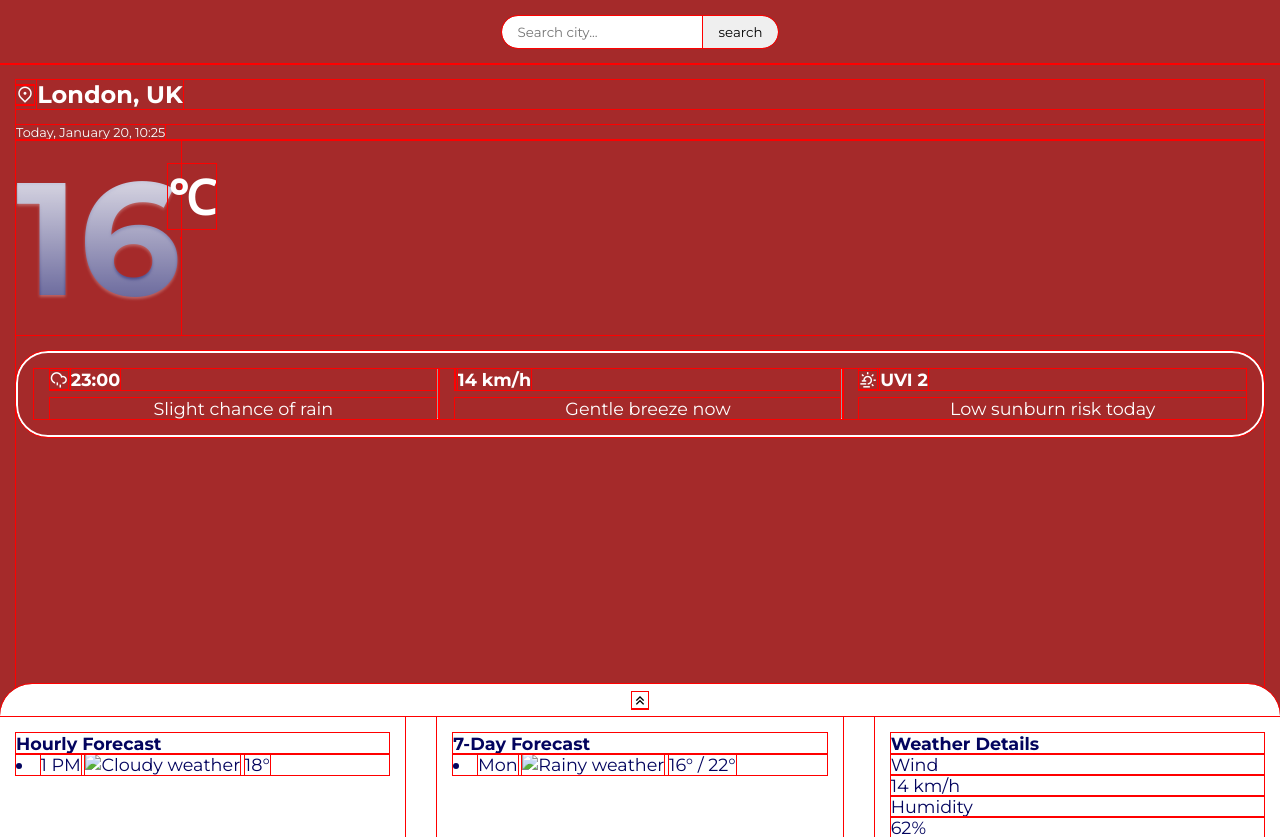
Repository: EguJaredoBoyd/Jared-Weather-App
Page: main.html
The author's editor kept a copy of each file at every save. The page is drawn from the files as they stood at one save, then again after the next save.
The browser window is 1280 px wide. The pictures show the whole page.
Some icons come from a web library that is not loaded, so they are not drawn. Some web libraries are served in a nearby version.

Above is the page before, as saved 2026-02-04 15:24:47.

### main.html
<!doctype html>
<html lang="en">
  <head>
    <meta charset="UTF-8" />
    <meta name="viewport" content="width=device-width, initial-scale=1.0" />
    <link rel="preconnect" href="https://fonts.googleapis.com" />
    <link rel="preconnect" href="https://fonts.gstatic.com" crossorigin />
    <link
      href="https://fonts.googleapis.com/css2?family=Montserrat:ital,wght@0,100..900;1,100..900&display=swap"
      rel="stylesheet"
    />
    <link
      href="https://cdn.jsdelivr.net/npm/remixicon@4.8.0/fonts/remixicon.css"
      rel="stylesheet"
    />
    <link rel="stylesheet" href="./css/styles.css" />
    <script src="./js/main.js" defer></script>
    <script src="./js/weather.js" defer></script>
    <title>Jared-Weather-App</title>
  </head>
  <body class="weather-app">
    <div class="weather-app__container">
      <header>
        <div class="search-place">
          <input
            type="text"
            placeholder="Search city..."
            aria-label="Search city"
            id="search-input"
          />
          <button id="search-button">search</button>
        </div>
      </header>
      <main>
        <section class="current-weather">
          <div class="place-searched">
            <i class="ri-map-pin-2-line"></i>
            <h3 class="city-name">London, UK</h3>
          </div>
          <div class="date-today">
            <time datetime="2026-01-20T10:25">Today, January 20, 10:25</time>
          </div>
          <div class="place-temperature">
            <span class="place-temperature__measure"><h3>16</h3></span>
            <span class="place-temperature__degree"><h3>℃</h3></span>
          </div>
          <div class="place-forecast">
            <article class="forecast-item forecast-item--weather">
              <div>
                <span><i class="ri-drizzle-line"></i></span>
                <time datetime="23:00"> <h4>23:00</h4></time>
              </div>
              <p>Slight chance of rain</p>
            </article>
            <hr />

            <article class="forecast-item forecast-item--wind">
              <div>
                <span><i class="ri-arrow-right-up-long-line"></i></span>
                <h4>14 km/h</h4>
              </div>
              <p>Gentle breeze now</p>
            </article>
            <hr />

            <article class="forecast-item forecast-item--uv">
              <div>
                <span><i class="ri-sun-foggy-line"></i></span>
                <h4>UVI 2</h4>
              </div>
              <p>Low sunburn risk today</p>
            </article>
          </div>
        </section>
        <section class="swipe-section" aria-hidden="true" id="swipe-section">
          <!-- Slide for the hourly and daily forecast -->
          <button class="sheet-handle" id="sheet-handle" aria-expanded="false">
            <i class="ri-arrow-up-double-line" id="icon-handle"></i>
          </button>

          <div class="swipe-forecast">
            <!-- Hourly Forecast -->
            <article class="sheet-card hourly-forecast">
              <h4>Hourly Forecast</h4>

              <ul class="hourly-list">
                <li class="hour">
                  <time datetime="2026-01-27T13:00">1 PM</time>
                  <img src="" alt="Cloudy weather" />
                  <span class="temp">18°</span>
                </li>
              </ul>
            </article>

            <!-- 7-Day Forecast -->
            <article class="sheet-card daily-forecast">
              <h4>7-Day Forecast</h4>

              <ul class="daily-list">
                <li class="day">
                  <span class="day-name">Mon</span>
                  <img src="" alt="Rainy weather" />
                  <span class="temp-range">16° / 22°</span>
                </li>
              </ul>
            </article>

            <!-- Weather Metrics -->
            <article class="sheet-card weather-metrics">
              <h4>Weather Details</h4>

              <dl class="metrics-grid">
                <div class="metric">
                  <dt>Wind</dt>
                  <dd>14 km/h</dd>
                </div>

                <div class="metric">
                  <dt>Humidity</dt>
                  <dd>62%</dd>
                </div>

                <div class="metric">
                  <dt>Pressure</dt>
                  <dd>1013 hPa</dd>
                </div>
              </dl>
            </article>

            <!-- Sun Times -->
            <article class="sheet-card sun-times">
              <h4>Sun</h4>

              <dl class="sun-grid">
                <div>
                  <dt>Sunrise</dt>
                  <dd>
                    <time datetime="2026-01-27T06:34">6:34 AM</time>
                  </dd>
                </div>

                <div>
                  <dt>Sunset</dt>
                  <dd>
                    <time datetime="2026-01-27T18:52">6:52 PM</time>
                  </dd>
                </div>
              </dl>
            </article>
          </div>
        </section>
      </main>
      <footer>
        <div><p>&copy; 2026 Jared-Weather-App</p></div>
      </footer>
    </div>
  </body>
</html>

### css/styles.css
/* ==== CSS RESET ==== */
*,
*::before,
*::after {
  margin: 0;
  padding: 0;
  box-sizing: border-box;
  outline: 1px solid red;
}

:root {
  --background-color: #03045e;
  --text-color: white;
  --font: "Montserrat", sans-serif;
}

html {
  font-size: 16px;
  height: 100%;
}

body {
  background-color: var(--background-color);
  color: var(--text-color);
  height: 100%;
  font-family: var(--font);
}

h1,
h2,
h3,
h4,
h5,
h6 {
  font-size: clamp(0.5rem, 3vw, 1.1rem);
}

p {
  font-size: clamp(0.5rem, 2.5vw, 1.1rem);
}

.weather-app__container {
  display: flex;
  flex-direction: column;
  min-height: 100dvh;
  background-color: brown;
}

.search-place {
  display: flex;
  justify-content: center;
  padding: 1rem;
}

.search-place input {
  padding: 0.5rem 1rem;
  border: none;
  border-bottom-left-radius: 1rem;
  border-top-left-radius: 1rem;
  font-family: var(--font);
}

.search-place button {
  border: none;
  border-top-right-radius: 1rem;
  border-bottom-right-radius: 1rem;
  padding: 0.5rem 1rem;
  font-family: var(--font);
}

main {
  display: flex;
  flex-direction: column;
  padding: 1rem;
}

.current-weather {
  display: flex;
  flex-direction: column;
  row-gap: 1rem;
  min-height: 100dvh;
}

.place-searched {
  display: flex;
  align-items: center;
  column-gap: 0.2rem;
  font-size: large;
}

.city-name {
  font-size: clamp(0.5rem, 6vw, 1.5rem);
}

.date-today {
  font-size: clamp(0.5rem, 3vw, 0.8rem);
}

.place-temperature {
  display: flex;
  align-items: center;
  position: relative;
  margin-top: -1rem;
}

.place-temperature__measure h3 {
  font-size: clamp(5rem, 38vw, 10rem);
  background: linear-gradient(to bottom, white, var(--background-color));
  -webkit-background-clip: text;
  background-clip: text;
  -webkit-text-fill-color: transparent;
  text-shadow: 0 2px 3px rgba(243, 235, 235, 0.3);
}

.place-temperature__degree h3 {
  font-size: clamp(1.5rem, 20vw, 3rem);
  position: absolute;
  top: 1.5rem;
  left: clamp(4rem, 40vw, 9.5rem);
}

.place-forecast {
  display: flex;
  justify-content: center;
  border: 2px solid white;
  border-radius: 2rem;
  padding: 1rem;
}

.forecast-item {
  padding-left: 1rem;
  width: 100%;
  max-width: 100%;
}

.forecast-item div {
  display: flex;
  column-gap: 0.2rem;
  margin-bottom: 0.5rem;
  font-size: clamp(0.5rem, 3vw, 1.1rem);
}

.forecast-item p {
  font-size: clamp(0.5rem, 2.5vw, 1.1rem);
  text-align: center;
}

/* Swipe section styles */

.swipe-section {
  position: fixed;
  min-height: 100dvh;
  top: 95%;
  right: 0;
  left: 0;
  transition: transform 2s ease;
  background-color: var(--text-color);
  color: var(--background-color);
  border-radius: 2rem;
}

.swipe-section.is-open {
  transform: translateY(-80%);
}

.no-scroll {
  overflow: hidden;
}

.swipe-section button {
  margin: 0.5rem auto;
  display: flex;
  justify-self: center;
  background: none;
  border: none;
}

.swipe-section button i {
  font-size: 1rem;
}

.swipe-forecast {
  display: grid;
  grid-template-columns: repeat(3, 1fr);
  gap: 2rem;
}

.sheet-card {
  font-size: clamp(0.5rem, 2.5vw, 1.1rem);
  padding: 1rem;
}

.sheet-card ul {
  list-style-position: inside;
}

footer div p {
  text-align: center;
}

### js/main.js
//Target all the buttons necessary
const swipeSection = document.getElementById("swipe-section");
const sheetHandle = document.getElementById("sheet-handle");
const iconHandle = document.getElementById("icon-handle");

//Create a function to handle swipe
function handleSwipe() {
  sheetHandle.addEventListener("click", () => {
    const isOpen = swipeSection.classList.toggle("is-open");

    //Add accessibilty and optimization
    swipeSection.setAttribute("aria-hidden", !isOpen);
    sheetHandle.setAttribute("aria-expanded", isOpen);

    //Statement to switch icons
    iconHandle.className = isOpen
      ? "ri-arrow-down-double-line"
      : "ri-arrow-up-double-line";

    //Add a class to handle the scroll
    document.body.classList.toggle("no-scroll");
  });
}

handleSwipe();

### js/weather.js
//My API key 56d08a907c0260865bb8f620502bfcbf
const WEATHER_API_KEY = "56d08a907c0260865bb8f620502bfcbf";

//Target my button and search input for city
const searchInput = document.getElementById("search-input");
const searchButton = document.getElementById("search-button");

//Create function to ask for weather app
async function fetchWeather(city) {
  try {
    const apiResponse = await fetch(
      `https://api.openweathermap.org/data/2.5/forecast?q=${city}&units=metric&appid=${WEATHER_API_KEY}`,
    );

    const apiData = await apiResponse.json();
    console.log(apiData);

    const countryDataDisplay = apiData.city;
    const weatherDataDisplay = apiData.list[0];

    const cityDate = apiData.list[0];

    //Display the country
    console.log(countryDataDisplay.name);
    console.log(countryDataDisplay.country);

    //Display the date of the city
    const currentDateTime = cityDate.dt * 1000;
    const date = new Date(currentDateTime);
    const timeZone = apiData.city.timezone * 1000;
    const localDate = Date.now();

    console.log(
      date.toLocaleDateString("en-GB", {
        weekday: "short",
        month: "short",
        day: "numeric",
      }),
    );

    console.log(localDate.toLocaleString("en-GB"));

    console.log(apiData.list[0].main.temp);
    console.log(apiData.list[0].weather[0].description);
  } catch (error) {
    console.error(error.message);
  }
}

//Search for city
searchButton.addEventListener("click", () => {
  const city = searchInput.value.trim();
  if (!city) return;

  fetchWeather(city);
});

After the next save:
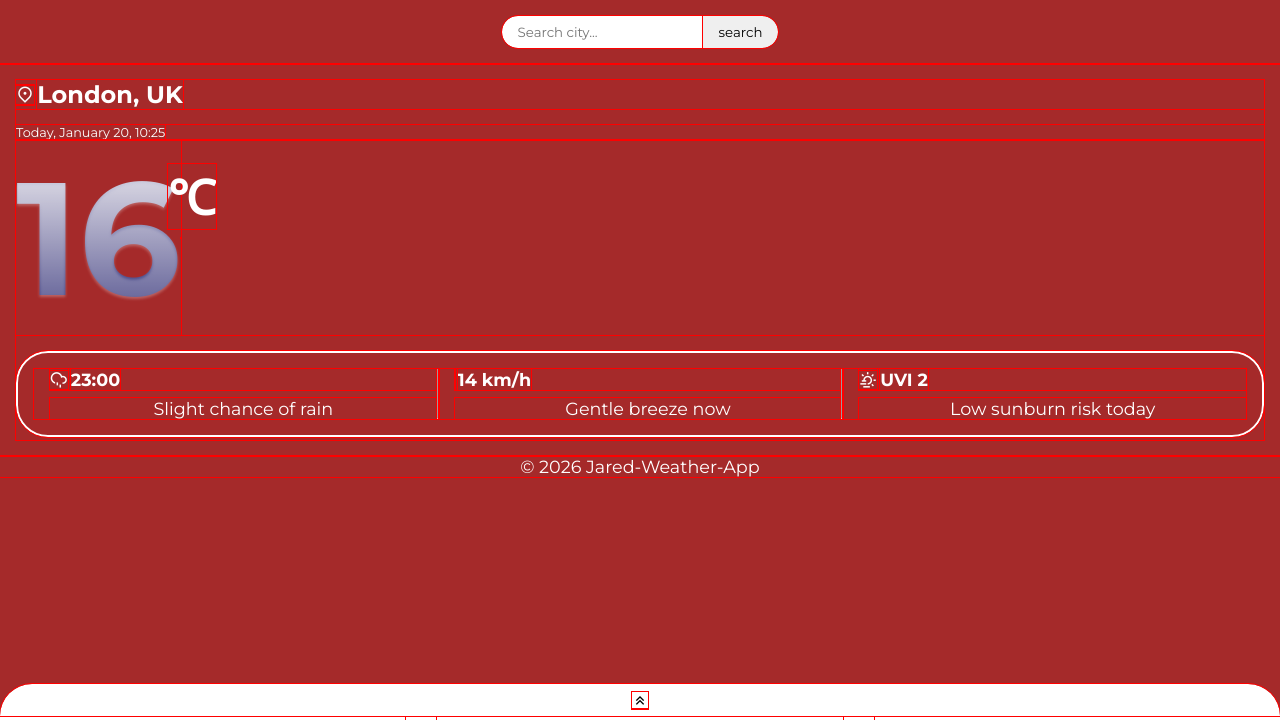
Saved 11 s later.
--- a/css/styles.css
+++ b/css/styles.css
@@ -78,7 +78,7 @@
   display: flex;
   flex-direction: column;
   row-gap: 1rem;
-  min-height: 100dvh;
+  min-height: 50dvh;
 }
 
 .place-searched {

After the save that followed:
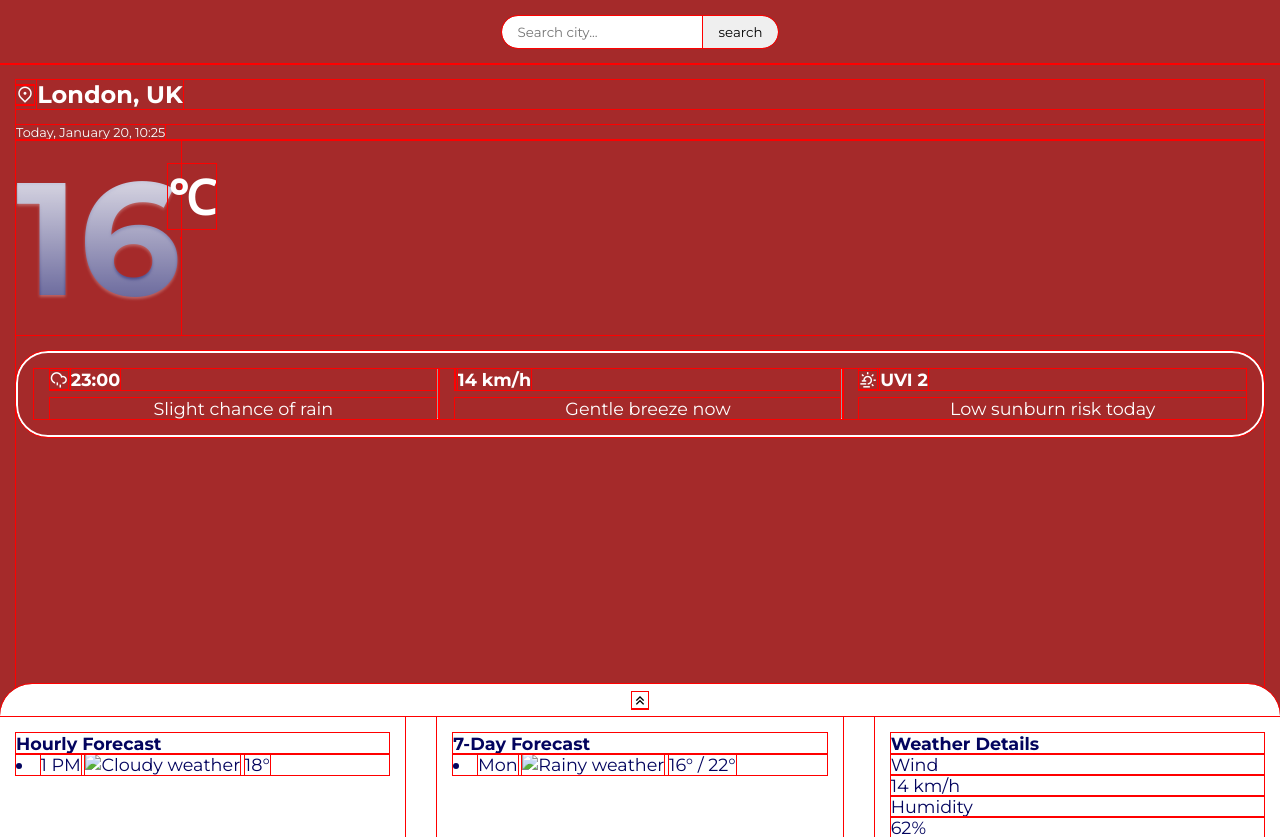
Saved 6 s later.
--- a/css/styles.css
+++ b/css/styles.css
@@ -78,7 +78,7 @@
   display: flex;
   flex-direction: column;
   row-gap: 1rem;
-  min-height: 50dvh;
+  min-height: 100dvh;
 }
 
 .place-searched {
